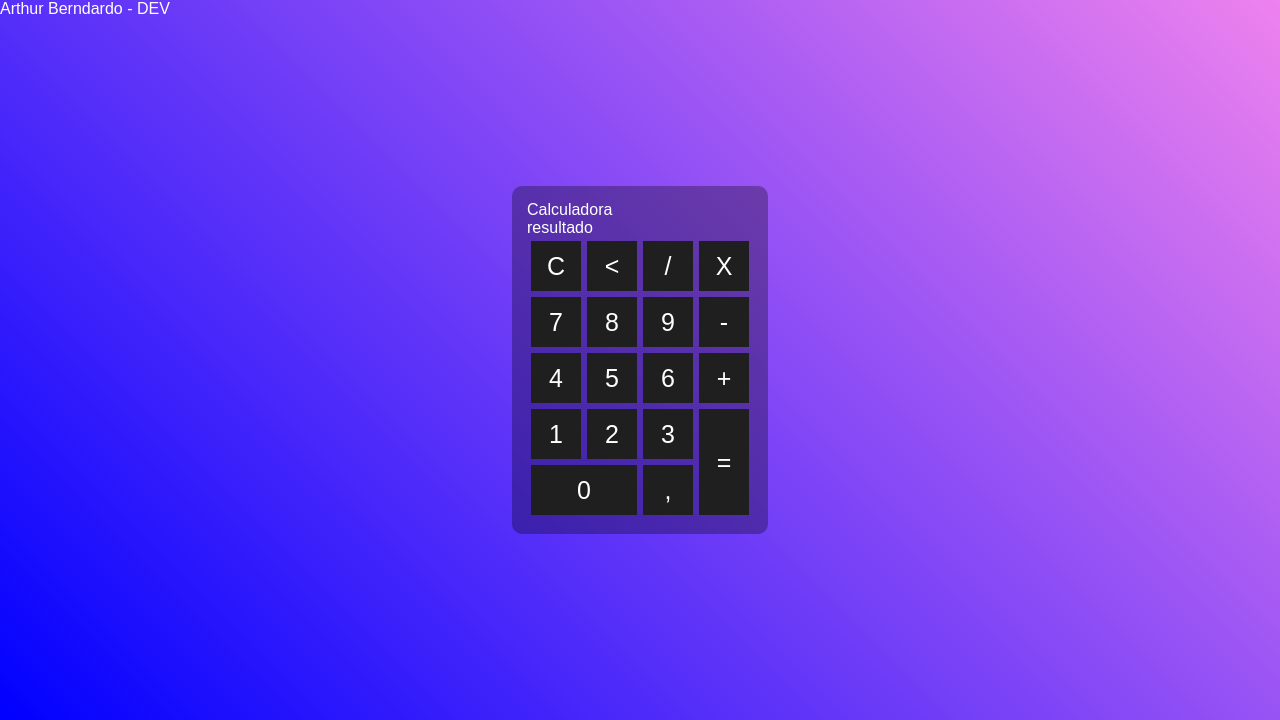
Repository: oThurDev/calculadora
Page: calculadora.html
An editor plug-in stored every save of this project. The page is shown before and after the next save, followed by the edit.
The browser window is 1280 px wide. The pictures show the whole page.

Above is the page before, as saved 2022-02-25 15:43:16.

After the next save:
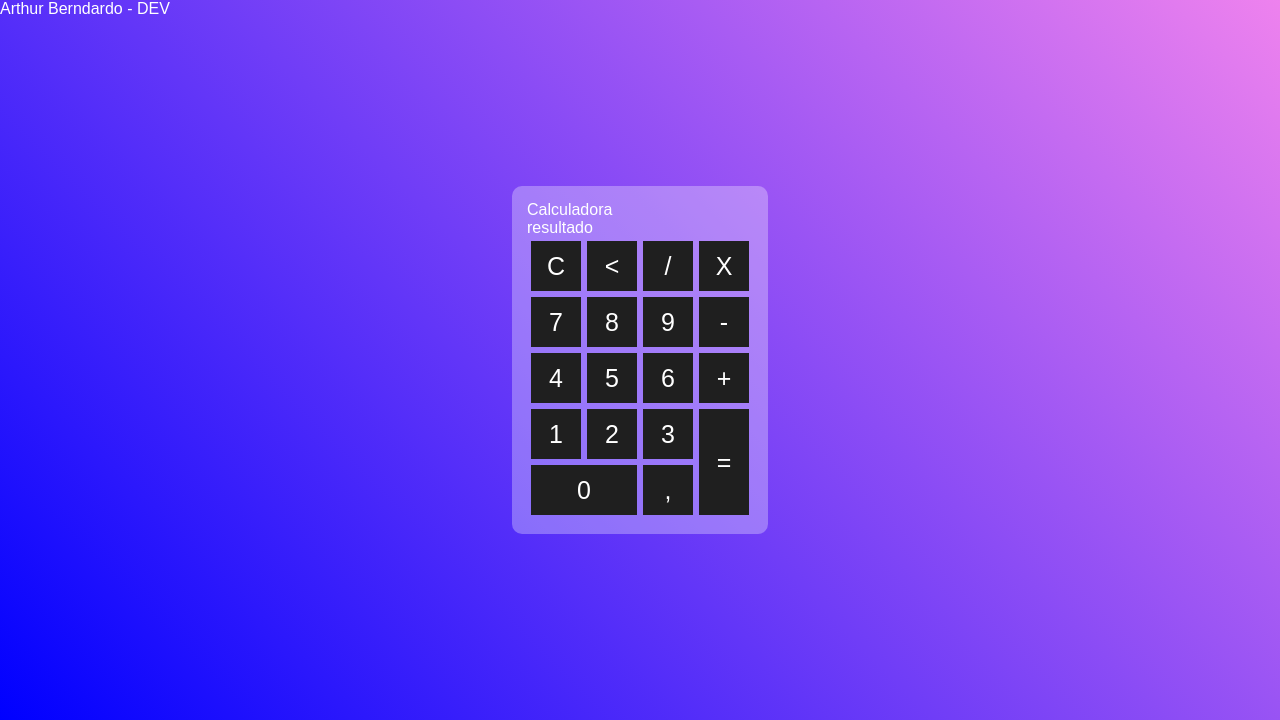
Saved 17 s later.
--- a/style_calculadora.css
+++ b/style_calculadora.css
@@ -12,7 +12,7 @@
 
 .calculadora{
     position: absolute;
-    background-color: rgba(0, 0, 0, 0.3);
+    background-color: rgba(255, 255, 255, 0.3);
     top: 50%;
     left: 50%;
     transform: translate(-50%, -50%);
